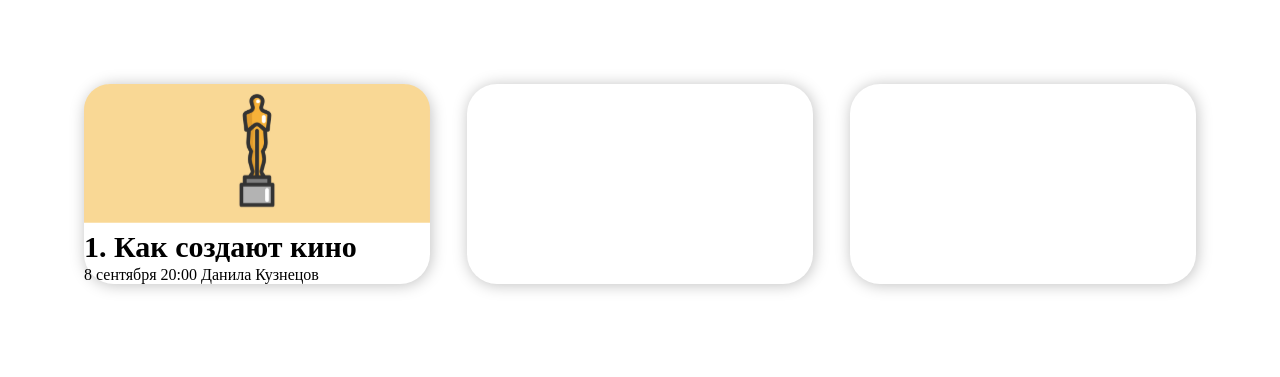
Repository: AytacSafarova/Grid-template
Page: index.html
An editor plug-in stored every save of this project. The page is shown before and after a run of saves, followed by the edit.
The browser window is 1280 px wide. The pictures show the whole page.

Above is the page before, as saved 2023-05-06 18:43:47.

After the next 2 saves:
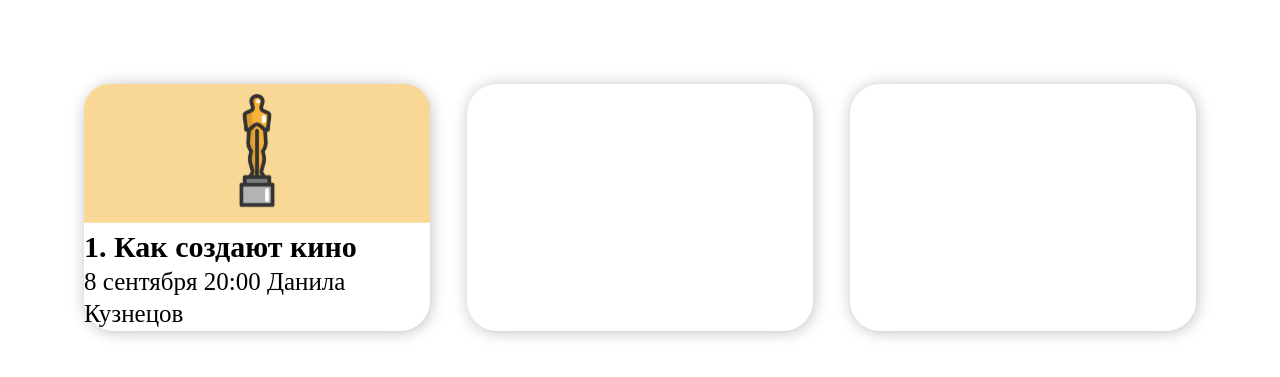
The 2 saves are shown as one change because they came seconds apart.
The last was saved 14 s later.
--- a/index.css
+++ b/index.css
@@ -34,5 +34,9 @@
 
 }
 p{
-
+    font-style: normal;
+font-weight: 400;
+font-size: 25px;
+line-height: 130%;
+color: #000000;
 }
